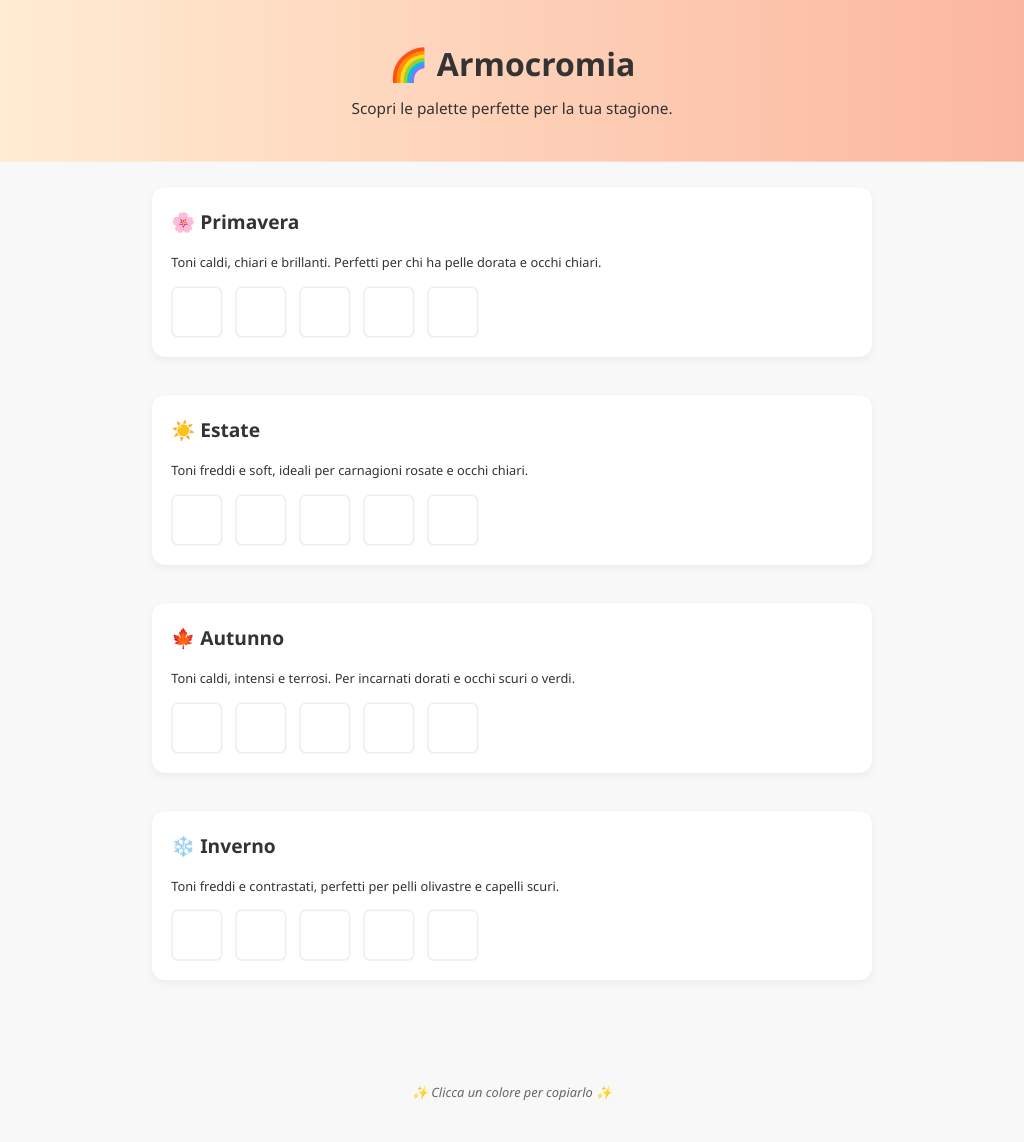
Repository: Probyte5D/Armocromia-website
Page: index.html
These files come from the project's save history. The page is drawn as it stood at one moment and after the next save; the edit follows.
The browser window is 1280 px wide. The pictures show the whole page, at 80% of full size.

Above is the page before, as saved 2025-04-17 20:10:02.
Console error: TypeError: Cannot read properties of null (reading 'addEventListener')

### index.html
<!DOCTYPE html>
<html lang="it">
<head>
  <meta charset="UTF-8" />
  <meta name="viewport" content="width=device-width, initial-scale=1.0" />
  <title>Armocromia - Scopri la tua stagione</title>
  <link rel="stylesheet" href="style.css" />
</head>
<body>
  <header>
    <h1>🌈 Armocromia</h1>
    <p>Scopri le palette perfette per la tua stagione.</p>
  </header>

  <main>
    <section class="season primavera">
      <h2>🌸 Primavera</h2>
      <p>Toni caldi, chiari e brillanti. Perfetti per chi ha pelle dorata e occhi chiari.</p>
      <div class="palette">
        <div class="color" data-color="#FFD1DC"></div>
        <div class="color" data-color="#FFFACD"></div>
        <div class="color" data-color="#E0BBE4"></div>
        <div class="color" data-color="#FFB347"></div>
        <div class="color" data-color="#B5EAD7"></div>
      </div>
    </section>

    <section class="season estate">
      <h2>☀️ Estate</h2>
      <p>Toni freddi e soft, ideali per carnagioni rosate e occhi chiari.</p>
      <div class="palette">
        <div class="color" data-color="#BFD7EA"></div>
        <div class="color" data-color="#D6E2E9"></div>
        <div class="color" data-color="#A2D2FF"></div>
        <div class="color" data-color="#CDB4DB"></div>
        <div class="color" data-color="#E2F0CB"></div>
      </div>
    </section>

    <section class="season autunno">
      <h2>🍁 Autunno</h2>
      <p>Toni caldi, intensi e terrosi. Per incarnati dorati e occhi scuri o verdi.</p>
      <div class="palette">
        <div class="color" data-color="#D2691E"></div>
        <div class="color" data-color="#C3B091"></div>
        <div class="color" data-color="#A0522D"></div>
        <div class="color" data-color="#F4A460"></div>
        <div class="color" data-color="#B22222"></div>
      </div>
    </section>

    <section class="season inverno">
      <h2>❄️ Inverno</h2>
      <p>Toni freddi e contrastati, perfetti per pelli olivastre e capelli scuri.</p>
      <div class="palette">
        <div class="color" data-color="#000000"></div>
        <div class="color" data-color="#4169E1"></div>
        <div class="color" data-color="#8A2BE2"></div>
        <div class="color" data-color="#FF1493"></div>
        <div class="color" data-color="#00CED1"></div>
      </div>
    </section>
  </main>

  <footer>
    <p>✨ Clicca un colore per copiarlo ✨</p>
  </footer>

  <script src="script.js"></script>
</body>
</html>

### style.css
body {
  margin: 0;
  font-family: 'Segoe UI', sans-serif;
  background: #f8f8f8;
  color: #333;
  line-height: 1.6;
}

header {
  text-align: center;
  padding: 3rem 1rem 2rem;
  background: linear-gradient(to right, #ffecd2, #fcb69f);
}

header h1 {
  font-size: 2.5rem;
  margin: 0;
}

header p {
  font-size: 1.2rem;
  margin-top: 0.5rem;
}

main {
  max-width: 900px;
  margin: 0 auto;
  padding: 2rem;
}

.season {
  margin-bottom: 3rem;
  padding: 1.5rem;
  border-radius: 1rem;
  background-color: #fff;
  box-shadow: 0 4px 10px rgba(0, 0, 0, 0.05);
}

.season h2 {
  margin-top: 0;
}

.palette {
  display: flex;
  gap: 1rem;
  margin-top: 1rem;
}

.color {
  width: 60px;
  height: 60px;
  border-radius: 8px;
  cursor: pointer;
  transition: transform 0.2s;
  border: 2px solid #eee;
}

.color:hover {
  transform: scale(1.1);
  border-color: #999;
}

footer {
  text-align: center;
  padding: 2rem;
  font-style: italic;
  color: #666;
}

.test-link {
  text-align: center;
  margin-top: 2rem;
}

#vai-al-test {
  padding: 15px 30px;
  background-color: #fcb69f;
  color: #fff;
  border: none;
  border-radius: 30px;
  font-size: 1.2rem;
  cursor: pointer;
  transition: background-color 0.3s ease;
}

#vai-al-test:hover {
  background-color: #ffb6a7;
}

### script.js
document.getElementById('armocromiaTest').addEventListener('submit', function(e) {
  e.preventDefault();

  const capelli = document.querySelector('input[name="capelli"]:checked')?.value;
  const occhi = document.querySelector('input[name="occhi"]:checked')?.value;
  const pelle = document.querySelector('input[name="pelle"]:checked')?.value;

  if (!capelli || !occhi || !pelle) {
    alert('Per favore, rispondi a tutte le domande.');
    return;
  }

  let stagione = '';
  let palette = [];

  // Logica semplificata per determinare la stagione
  if (capelli === 'chiari' && occhi === 'chiari' && pelle === 'si_abbronza') {
    stagione = 'Primavera';
    palette = ['#FFD1DC', '#FFFACD', '#E0BBE4', '#FFB347', '#B5EAD7'];
  } else if (capelli === 'chiari' && occhi === 'chiari' && pelle === 'si_scotta') {
    stagione = 'Estate';
    palette = ['#BFD7EA', '#D6E2E9', '#A2D2FF', '#CDB4DB', '#E2F0CB'];
  } else if (capelli === 'scuri' && occhi === 'scuri' && pelle === 'si_abbronza') {
    stagione = 'Autunno';
    palette = ['#D2691E', '#C3B091', '#A0522D', '#F4A460', '#B22222'];
  } else {
    stagione = 'Inverno';
    palette = ['#000000', '#4169E1', '#8A2BE2', '#FF1493', '#00CED1'];
  }

  document.getElementById('stagione').textContent = `La tua stagione è: ${stagione}`;
  const paletteContainer = document.getElementById('palette');
  paletteContainer.innerHTML = '';
  palette.forEach(color => {
    const div = document.createElement('div');
    div.className = 'color-box';
    div.style.backgroundColor = color;
    div.title = color;
    div.addEventListener('click', () => {
      navigator.clipboard.writeText(color);
      alert(`Colore ${color} copiato negli appunti!`);
    });
    paletteContainer.appendChild(div);
  });

  document.getElementById('risultato').classList.remove('hidden');
});



document.querySelectorAll(".color").forEach((div) => {
  div.style.backgroundColor = div.dataset.color;

  div.addEventListener("click", () => {
    const colorCode = div.dataset.color;
    navigator.clipboard.writeText(colorCode).then(() => {
      div.style.outline = "3px solid #222";
      setTimeout(() => div.style.outline = "none", 1000);
    });
  });
});

After the next save:
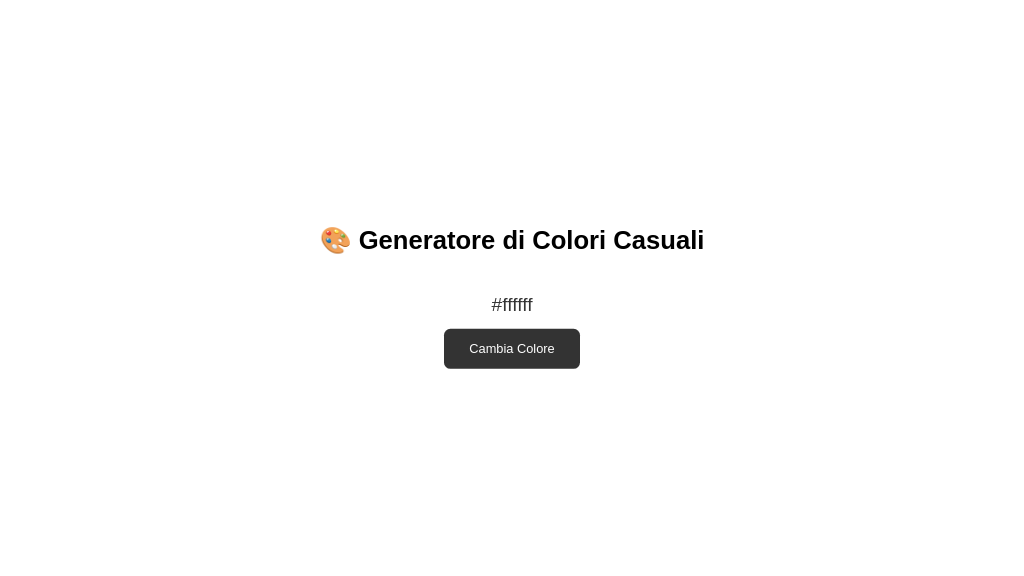
The error is gone.
Saved 24 s later.
--- a/index.html
+++ b/index.html
@@ -2,70 +2,67 @@
 <html lang="it">
 <head>
   <meta charset="UTF-8" />
-  <meta name="viewport" content="width=device-width, initial-scale=1.0" />
-  <title>Armocromia - Scopri la tua stagione</title>
-  <link rel="stylesheet" href="style.css" />
+  <meta name="viewport" content="width=device-width, initial-scale=1.0"/>
+  <title>Generatore di Colori Casuali</title>
+  <style>
+    body {
+      display: flex;
+      flex-direction: column;
+      align-items: center;
+      justify-content: center;
+      height: 100vh;
+      margin: 0;
+      font-family: Arial, sans-serif;
+      background-color: #ffffff;
+      transition: background-color 0.3s ease;
+    }
+
+    h1 {
+      margin-bottom: 2rem;
+    }
+
+    #colorCode {
+      font-size: 1.5rem;
+      margin: 1rem 0;
+      color: #333;
+    }
+
+    button {
+      padding: 1rem 2rem;
+      font-size: 1rem;
+      border: none;
+      background-color: #333;
+      color: #fff;
+      border-radius: 8px;
+      cursor: pointer;
+      transition: background 0.3s;
+    }
+
+    button:hover {
+      background-color: #555;
+    }
+  </style>
 </head>
 <body>
-  <header>
-    <h1>🌈 Armocromia</h1>
-    <p>Scopri le palette perfette per la tua stagione.</p>
-  </header>
+  <h1>🎨 Generatore di Colori Casuali</h1>
+  <div id="colorCode">#ffffff</div>
+  <button onclick="cambiaColore()">Cambia Colore</button>
 
-  <main>
-    <section class="season primavera">
-      <h2>🌸 Primavera</h2>
-      <p>Toni caldi, chiari e brillanti. Perfetti per chi ha pelle dorata e occhi chiari.</p>
-      <div class="palette">
-        <div class="color" data-color="#FFD1DC"></div>
-        <div class="color" data-color="#FFFACD"></div>
-        <div class="color" data-color="#E0BBE4"></div>
-        <div class="color" data-color="#FFB347"></div>
-        <div class="color" data-color="#B5EAD7"></div>
-      </div>
-    </section>
+  <script>
+    function generaColore() {
+      const lettere = "0123456789ABCDEF";
+      let colore = "#";
+      for (let i = 0; i < 6; i++) {
+        colore += lettere[Math.floor(Math.random() * 16)];
+      }
+      return colore;
+    }
 
-    <section class="season estate">
-      <h2>☀️ Estate</h2>
-      <p>Toni freddi e soft, ideali per carnagioni rosate e occhi chiari.</p>
-      <div class="palette">
-        <div class="color" data-color="#BFD7EA"></div>
-        <div class="color" data-color="#D6E2E9"></div>
-        <div class="color" data-color="#A2D2FF"></div>
-        <div class="color" data-color="#CDB4DB"></div>
-        <div class="color" data-color="#E2F0CB"></div>
-      </div>
-    </section>
-
-    <section class="season autunno">
-      <h2>🍁 Autunno</h2>
-      <p>Toni caldi, intensi e terrosi. Per incarnati dorati e occhi scuri o verdi.</p>
-      <div class="palette">
-        <div class="color" data-color="#D2691E"></div>
-        <div class="color" data-color="#C3B091"></div>
-        <div class="color" data-color="#A0522D"></div>
-        <div class="color" data-color="#F4A460"></div>
-        <div class="color" data-color="#B22222"></div>
-      </div>
-    </section>
-
-    <section class="season inverno">
-      <h2>❄️ Inverno</h2>
-      <p>Toni freddi e contrastati, perfetti per pelli olivastre e capelli scuri.</p>
-      <div class="palette">
-        <div class="color" data-color="#000000"></div>
-        <div class="color" data-color="#4169E1"></div>
-        <div class="color" data-color="#8A2BE2"></div>
-        <div class="color" data-color="#FF1493"></div>
-        <div class="color" data-color="#00CED1"></div>
-      </div>
-    </section>
-  </main>
-
-  <footer>
-    <p>✨ Clicca un colore per copiarlo ✨</p>
-  </footer>
-
-  <script src="script.js"></script>
+    function cambiaColore() {
+      const nuovoColore = generaColore();
+      document.body.style.backgroundColor = nuovoColore;
+      document.getElementById("colorCode").textContent = nuovoColore;
+    }
+  </script>
 </body>
 </html>
